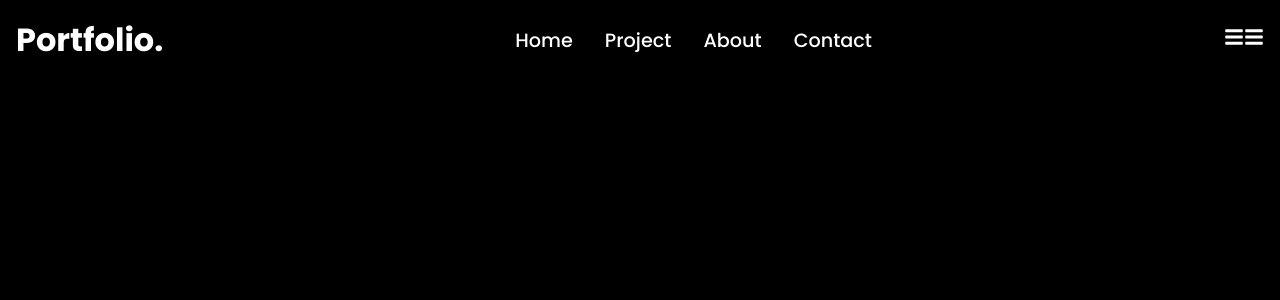
Repository: parisha-b3/My_Portfolio
Page: /, after clicking the first element matching `div.hamburger`
An editor plug-in stored every save of this project. The page is shown before and after the next save, followed by the edit.
The browser window is 1280 px wide. The pictures show the whole page.
The project was rebuilt for these pictures with package versions that can differ from the ones it lists, and the page was loaded fresh each time. Also part of the build but not shown: src/routes/About.js, src/routes/Project.js, src/routes/Contact.js.

Above is the page before, as saved 2024-10-14 12:20:25.

After the next save:
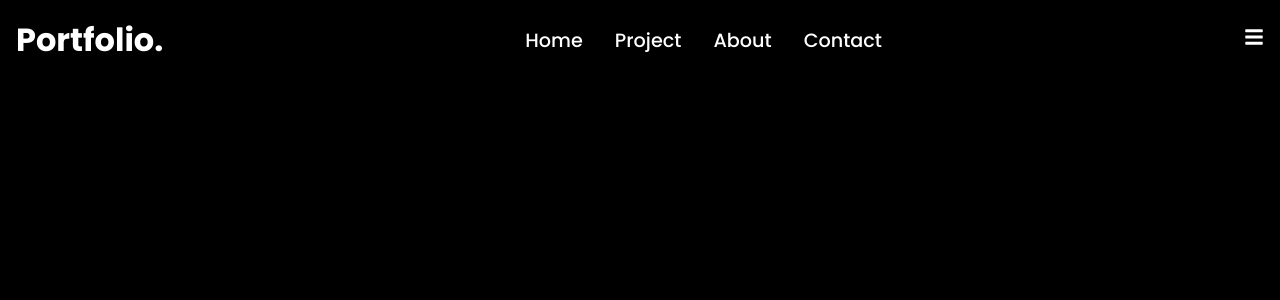
Saved 6 s later.
--- a/src/components/Navbar.js
+++ b/src/components/Navbar.js
@@ -24,7 +24,6 @@ const Navbar = () => {
             ):(
                 <FaBars size={20} style={{color: "#fff"}} />
             )}
-            <FaBars size={20} style={{color: "#fff"}} />
         </div>
 
     </div>
